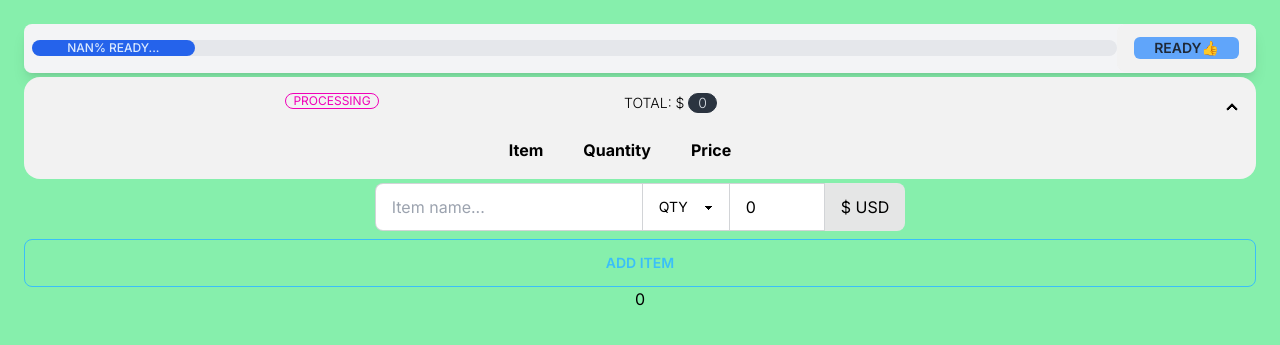
Repository: bitepay/bitepay-xyz
Page: /table
The author's editor kept a copy of each file at every save. The page is drawn from the files as they stood at one save, then again after the next save.
The browser window is 1280 px wide. The pictures show the whole page.
The page's requests for data from a server got no answer. The project was rebuilt for these pictures with package versions that can differ from the ones it lists, and the page was loaded fresh each time. The framework's server and built-in components were replaced by stand-ins that run in the browser. No one was signed in, and anything a server would have sent is missing. Also part of the build but not shown: next.config.js.

Above is the page before, as saved 2023-06-27 08:28:01.

After the next save:
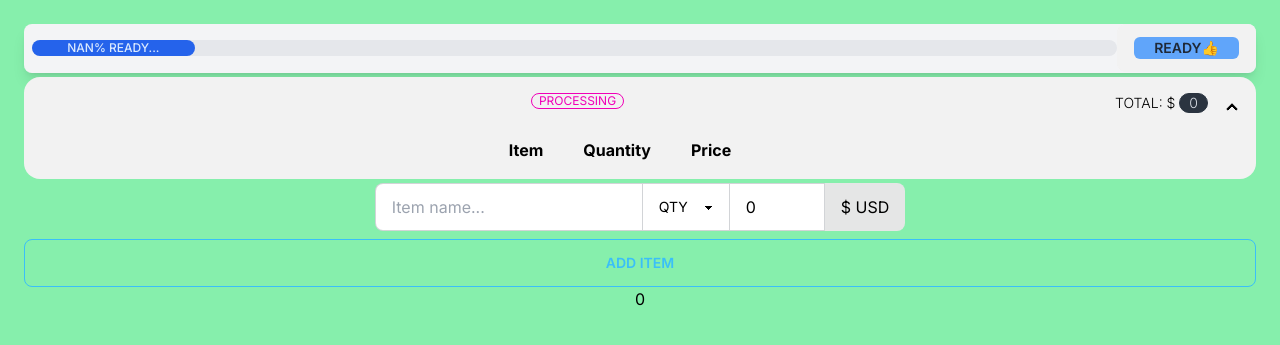
Saved 67 s later.
--- a/src/components/UserBill.jsx
+++ b/src/components/UserBill.jsx
@@ -26,7 +26,7 @@ export const UserBill = ({ user, handleUserDelete }) => {
           <div className={`badge badge-sm text-xs ${user.status === 'READY' ? 'badge-accent' : 'badge-secondary badge-outline'}`}>
             {user.status === 'READY' ? 'READY' : 'PROCESSING'}
           </div>
-          <div className="text-sm font-light w-1/2">
+          <div className="text-sm font-light">
             TOTAL{': $ '}
             <div className={`badge ${user.status === 'READY' ? 'badge-primary' : 'badge-neutral'}`}>
               {user.total}
